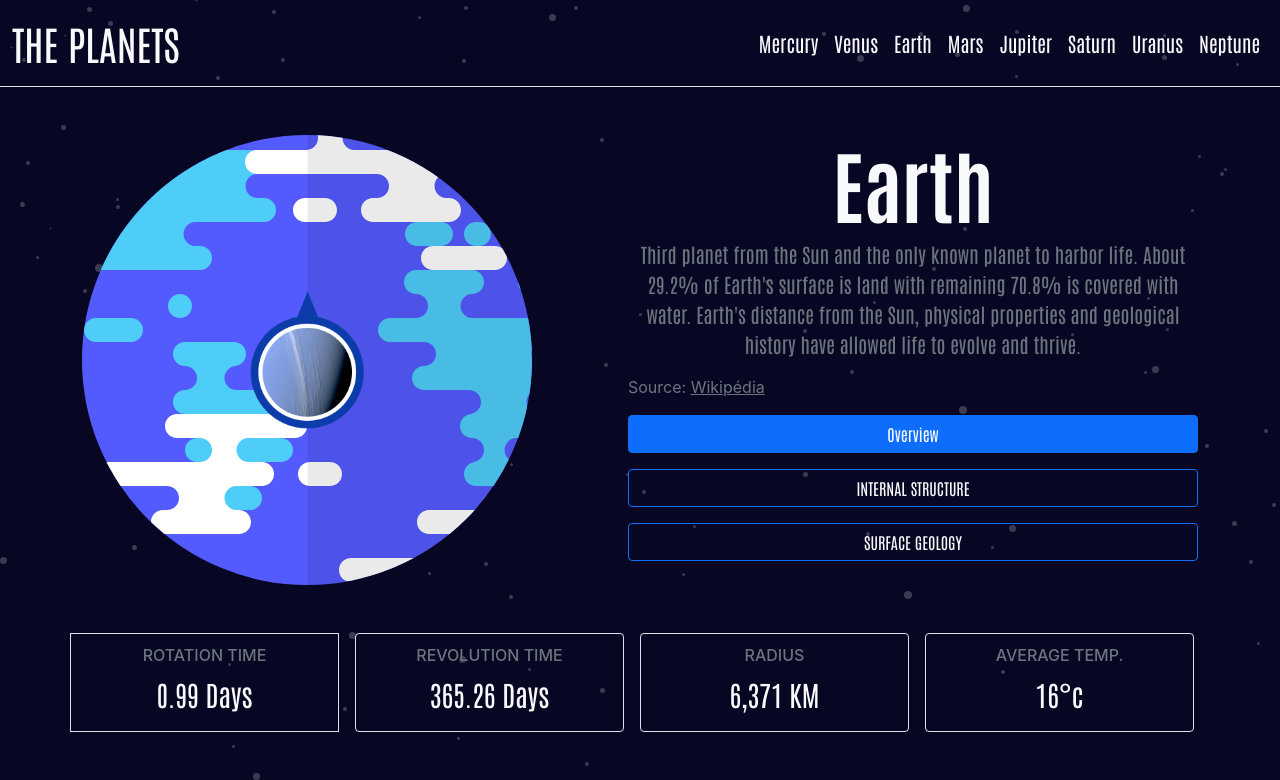
Repository: andre06x/the-planets
Page: /
An editor plug-in stored every save of this project. The page is shown before and after the next save, followed by the edit.
The browser window is 1280 px wide. The pictures show the whole page.
The project was rebuilt for these pictures with package versions that can differ from the ones it lists, and the page was loaded fresh each time.

Above is the page before, as saved 2021-10-19 16:53:04.

After the next save:
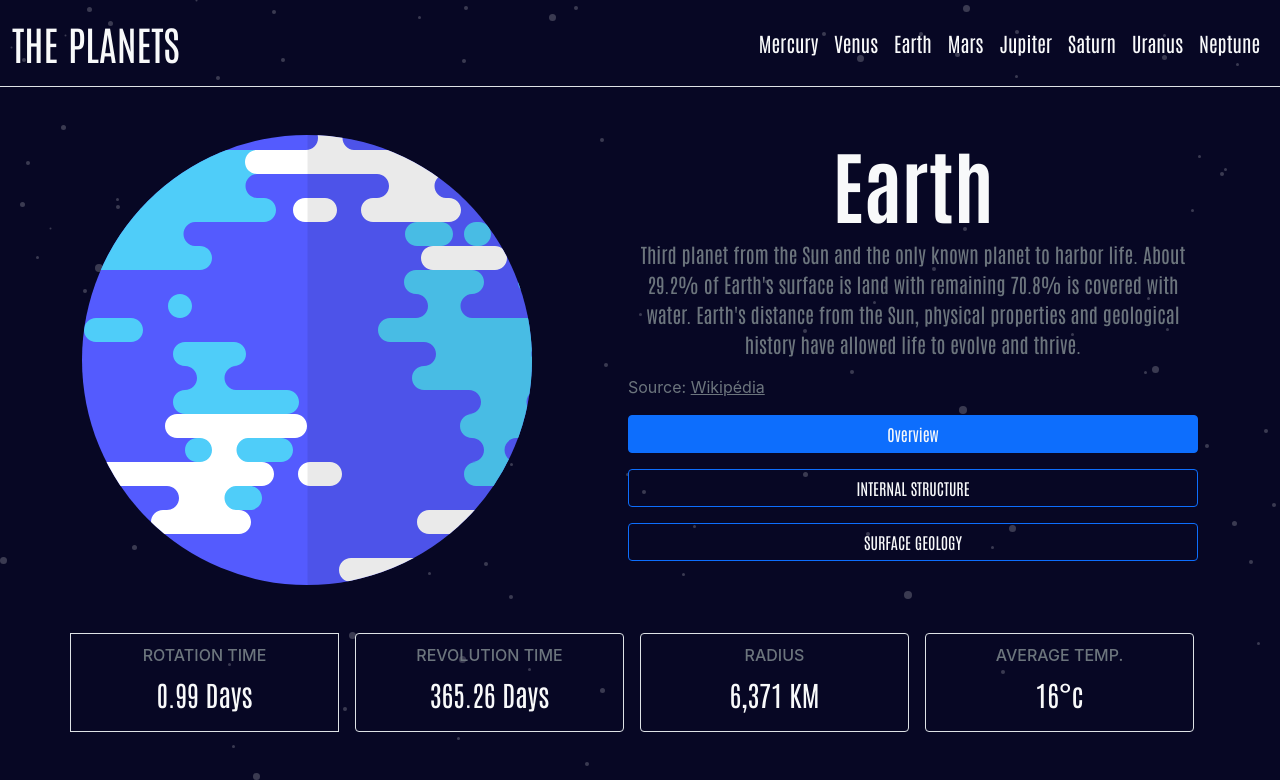
Saved 57 s later.
--- a/src/components/Container.js
+++ b/src/components/Container.js
@@ -9,6 +9,7 @@ const Container = () => {
   // const [planet, setPlanet] = useState('Earth');
   const [text, setText] = useState(data.filter(d => d.name === planet)[0].overview);
   const [imagee, setImagee] = useState('assets/planet-earth.svg');
+  const [imageGeology, setImageGeology] = useState('');
   const [dataPlanet, setDataPlanet] = useState(['']);
 
 
@@ -54,7 +55,7 @@ const Container = () => {
         <div className="d-flex flex-md-row flex-column-reverse justify-content-between">
           <div className="me-md-5 d-flex justify-content-center position-relative">
             <img src={imagee} alt="" />
-            <img src="assets/geology-neptune.png" alt="" className="position-absolute w-25 top-50 start-50 translate-middle"/>
+            <img src={imageGeology} alt="" className="position-absolute w-25 top-50 start-50 translate-middle"/>
           </div>
           <div className="ms-md-5 d-flex flex-md-column flex-column-reverse">
             <h1 className="display-1 text-light font-antonio fw-bold text-center">
